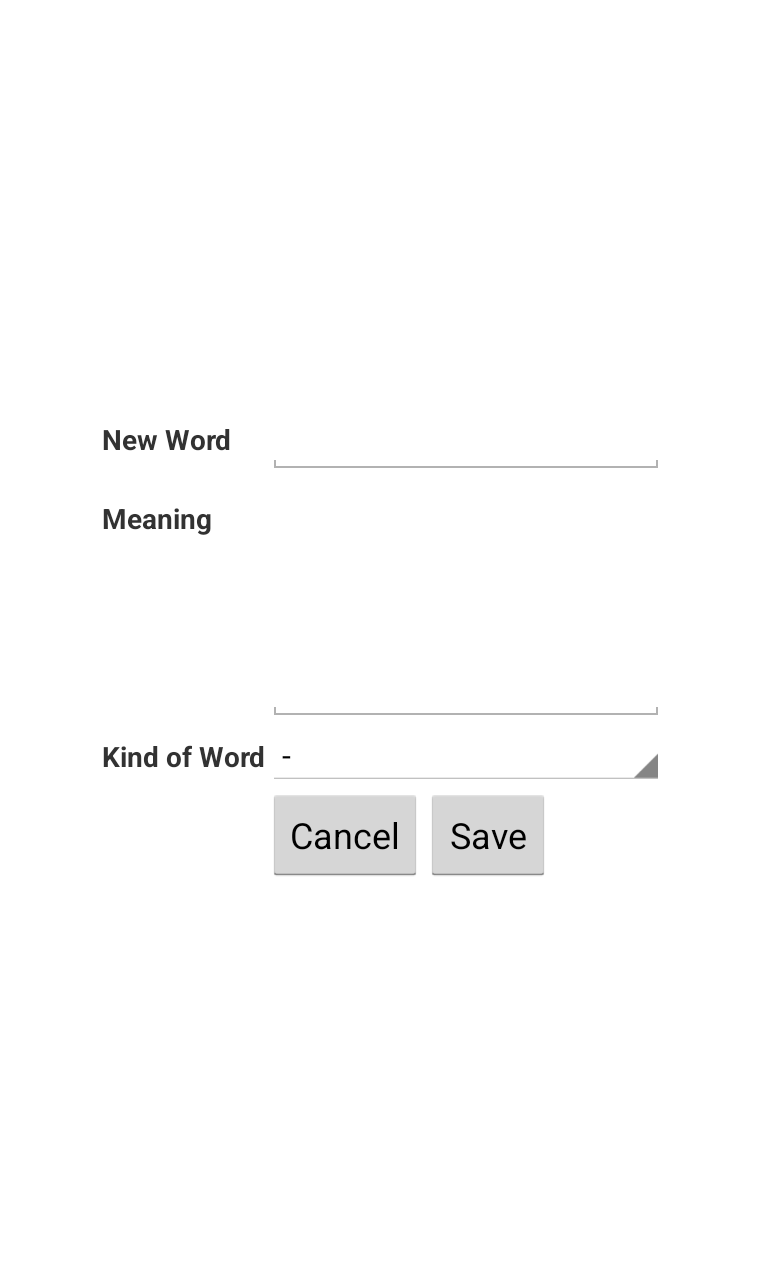
Repository: karno123/AndroidWordReminder
Layout: WordRemainder/res/layout/edit_word_layout.xml
The author's editor kept a copy of each file at every save. The layout is drawn from the files as they stood at one save, then again after the next save.
It is drawn on a 768 x 1280 px phone screen (xhdpi) without system bars, with theme AppTheme; the app's code is not run.

Above is the layout before, as saved 2014-07-09 17:04:10.

### WordRemainder/res/layout/edit_word_layout.xml
<?xml version="1.0" encoding="utf-8"?>
<TableLayout xmlns:android="http://schemas.android.com/apk/res/android"
    android:layout_width="fill_parent"
    android:layout_height="fill_parent"
    android:gravity="center">

	<TableRow

	    android:id="@+id/add_row1"
	    android:layout_width="fill_parent"
	    android:layout_height="wrap_content"
	    android:gravity="center_horizontal"
	    >

	    <TextView
	        android:id="@+id/text_new_word"
	        android:layout_width="wrap_content"
	        android:layout_height="wrap_content"
	        android:textStyle="bold"
	        android:text="@string/new_text_word"/>

	    <EditText
	        android:inputType="text"
	        android:id="@+id/input_text_new_word"
	        android:layout_width="200dp"
	        android:layout_height="wrap_content"
	        />
	</TableRow>

	<TableRow
	    android:id="@+id/add_row2"
	    android:layout_width="fill_parent"
	    android:layout_height="wrap_content"
	    android:gravity="center_horizontal"
	    >

	    <TextView
	        android:id="@+id/text_meaning_word"
	        android:layout_width="wrap_content"
	        android:layout_height="wrap_content"
	        android:textStyle="bold"
	        android:text="@string/meaning_word"
	        />

	   <EditText
	        android:inputType="textMultiLine"
	        android:id="@+id/input_text_meaning"
	        android:layout_width="200dp"
	        android:lines="5"
	        android:singleLine="false"
	        android:layout_height="wrap_content"
	        android:gravity="top"
	        />

	</TableRow>
	<TableRow
	    	android:id="@+id/add_row3"
	    	android:layout_width="wrap_content"
	    	android:layout_height="wrap_content"
	    	android:gravity="center_horizontal"
	    	>
	    <TextView
	        android:id="@+id/kind_of_word_text"
	        android:layout_width="wrap_content"
	        android:layout_height="wrap_content"
	        android:textStyle="bold"
	        android:text="@string/kind_of_word"
	        />
	    <Spinner
	        android:id="@+id/kind_of_word"
	        android:layout_width="200dp"
	        android:layout_height="wrap_content"
	        android:prompt="@string/kind_of_word_prompt"
	        android:entries="@array/word_arrays"

	        />
	</TableRow>
    <TableRow
        	android:id="@+id/add_row4"
        	android:layout_width="wrap_content"
        	android:layout_height="wrap_content"
        	android:gravity="center_horizontal"
        	>
	    	<TextView
		        android:id="@+id/empty"
		        android:layout_width="wrap_content"
		        android:layout_height="fill_parent"
		        android:textStyle="bold"
		        android:text=""
	        />
        	<TableLayout
		    android:layout_width="fill_parent"
		    android:layout_height="fill_parent"
		    android:gravity="left">
        	<TableRow
        	    android:id="@+id/add_row_child"
	        	android:layout_width="fill_parent"
	        	android:layout_height="wrap_content"
	        	android:gravity="left">
	        	<Button
	        	     android:id="@+id/cancel_edit_word"
	        	     android:text="@string/cancel_edit_word_button"
	        	     />
        	    <Button
        	     android:id="@+id/save_edit_word"
        	     android:text="@string/add_word_button"
        		 />

        	</TableRow>


        	</TableLayout>
    </TableRow>
</TableLayout>

### WordRemainder/res/values/strings.xml
<?xml version="1.0" encoding="utf-8"?>
<resources>

    <string name="app_name">Word Remainder</string>
    <string name="action_settings">Settings</string>
    <string name="hello_world">Hello world!</string>
    <string name="splash_text">This is a splash text</string>
	<string name="add_word">Add New Word</string>
	<string name="view_word">View Word</string>
	<string name="setting">Setting Apps</string>


	<string name="addnewword_title">Add New Word</string>
	<string name="viewword_title">View Word</string>

	<string name="new_text_word">New Word     </string>
	<string name="meaning_word"> Meaning       </string>
	<string name="kind_of_word"> Kind of Word   </string>

	<string name="kind_of_word_prompt">Choose kind of word</string>
	<string-array name="word_arrays">
	    <item>-</item>
	    <item>Noun</item>
	    <item>Verb</item>
	    <item>Adjective</item>
	    <item>Adverb</item>
	    <item>Interjection</item>
	    <item>Preposition</item>
	    <item>Conjunction</item>
	    <item>Pronoun</item>
	</string-array>

	<string name="add_word_button">  Save  </string>
	<string name="cancel_edit_word_button">Cancel</string>
	<string name="search_text">Search </string>

	<string name="main_word" >main_word </string>
	<string name="meaning">meaning karno <b>siahaan</b></string>

	<string name="updateWord">Update Word</string>


	<string name="setting_enable">Enable setting </string>
	<string name="word_per_day">Word per day  </string>
	<string name="reminder_time">Reminder time</string>
	<string name="word_per_day_def">50</string>

	<string name="setting_ok">OK</string>
	<string name="setting_Cancel">Cancel</string>

	<string name="setting_label">Setting</string>

	<string name="home">home</string>

</resources>

Loaded but not shown: WordRemainder/res/values/styles.xml (common file); WordRemainder/res/values-v11/styles.xml (common file); WordRemainder/res/values-v14/styles.xml (common file)

After the next save:
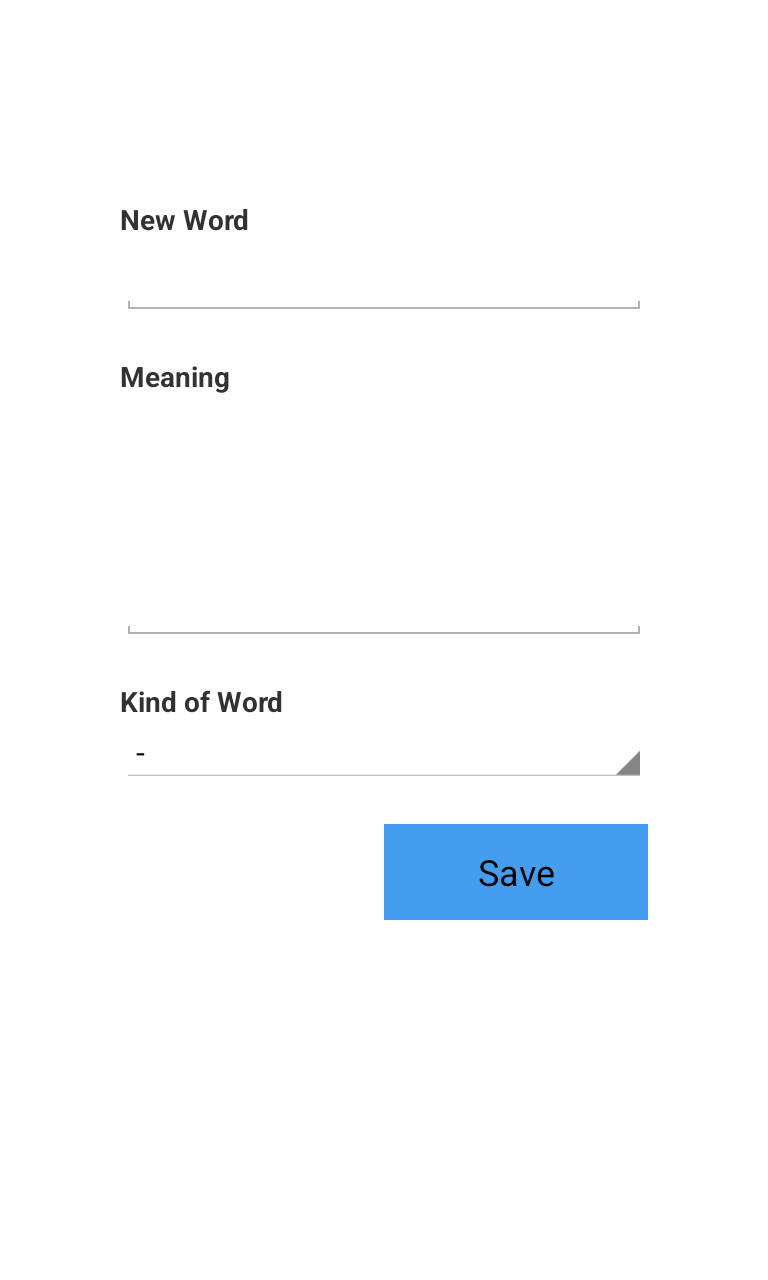
Saved 4 days later.
--- a/WordRemainder/res/layout/edit_word_layout.xml
+++ b/WordRemainder/res/layout/edit_word_layout.xml
@@ -1,114 +1,97 @@
 <?xml version="1.0" encoding="utf-8"?>
-<TableLayout xmlns:android="http://schemas.android.com/apk/res/android"
+<LinearLayout xmlns:android="http://schemas.android.com/apk/res/android"
     android:layout_width="fill_parent"
     android:layout_height="fill_parent"
-    android:gravity="center">
+    android:paddingLeft="60dp"
+    android:paddingRight="60dp"
+    android:paddingTop="80dp"
+    android:orientation="vertical" >
 
-	<TableRow
+    <LinearLayout
+	        android:layout_width="fill_parent"
+	        android:layout_height="wrap_content"
+	        android:orientation="vertical"
+	        android:paddingTop="20dp">
 
-	    android:id="@+id/add_row1"
-	    android:layout_width="fill_parent"
-	    android:layout_height="wrap_content"
-	    android:gravity="center_horizontal"
-	    >
-
-	    <TextView
+        <TextView
 	        android:id="@+id/text_new_word"
-	        android:layout_width="wrap_content"
+	        android:layout_width="fill_parent"
 	        android:layout_height="wrap_content"
 	        android:textStyle="bold"
 	        android:text="@string/new_text_word"/>
 
-	    <EditText
+         <EditText
 	        android:inputType="text"
 	        android:id="@+id/input_text_new_word"
-	        android:layout_width="200dp"
+	        android:layout_width="fill_parent"
 	        android:layout_height="wrap_content"
 	        />
-	</TableRow>
 
-	<TableRow
-	    android:id="@+id/add_row2"
-	    android:layout_width="fill_parent"
-	    android:layout_height="wrap_content"
-	    android:gravity="center_horizontal"
-	    >
+    </LinearLayout>
 
-	    <TextView
+    <LinearLayout
+            android:layout_width="fill_parent"
+	        android:layout_height="wrap_content"
+	        android:orientation="vertical"
+	        android:paddingTop="20dp">
+        <TextView
 	        android:id="@+id/text_meaning_word"
-	        android:layout_width="wrap_content"
+	        android:layout_width="fill_parent"
 	        android:layout_height="wrap_content"
 	        android:textStyle="bold"
 	        android:text="@string/meaning_word"
 	        />
 
-	   <EditText
-	        android:inputType="textMultiLine"
-	        android:id="@+id/input_text_meaning"
-	        android:layout_width="200dp"
-	        android:lines="5"
-	        android:singleLine="false"
+        <EditText
+            android:id="@+id/input_text_meaning"
+            android:layout_height="wrap_content"
+            android:layout_width="fill_parent"
+            android:gravity="top"
+            android:inputType="textMultiLine"
+            android:lines="5"
+            android:singleLine="false" />
+
+    </LinearLayout>
+
+    <LinearLayout
+            android:layout_width="fill_parent"
 	        android:layout_height="wrap_content"
-	        android:gravity="top"
-	        />
+	        android:orientation="vertical"
+	        android:paddingTop="20dp">
 
-	</TableRow>
-	<TableRow
-	    	android:id="@+id/add_row3"
-	    	android:layout_width="wrap_content"
-	    	android:layout_height="wrap_content"
-	    	android:gravity="center_horizontal"
-	    	>
-	    <TextView
+         <TextView
 	        android:id="@+id/kind_of_word_text"
-	        android:layout_width="wrap_content"
+	        android:layout_width="fill_parent"
 	        android:layout_height="wrap_content"
 	        android:textStyle="bold"
 	        android:text="@string/kind_of_word"
 	        />
 	    <Spinner
 	        android:id="@+id/kind_of_word"
-	        android:layout_width="200dp"
+	        android:layout_width="fill_parent"
 	        android:layout_height="wrap_content"
 	        android:prompt="@string/kind_of_word_prompt"
 	        android:entries="@array/word_arrays"
 
 	        />
-	</TableRow>
-    <TableRow
-        	android:id="@+id/add_row4"
-        	android:layout_width="wrap_content"
-        	android:layout_height="wrap_content"
-        	android:gravity="center_horizontal"
-        	>
-	    	<TextView
-		        android:id="@+id/empty"
-		        android:layout_width="wrap_content"
-		        android:layout_height="fill_parent"
-		        android:textStyle="bold"
-		        android:text=""
-	        />
-        	<TableLayout
-		    android:layout_width="fill_parent"
-		    android:layout_height="fill_parent"
-		    android:gravity="left">
-        	<TableRow
-        	    android:id="@+id/add_row_child"
-	        	android:layout_width="fill_parent"
-	        	android:layout_height="wrap_content"
-	        	android:gravity="left">
-	        	<Button
-	        	     android:id="@+id/cancel_edit_word"
-	        	     android:text="@string/cancel_edit_word_button"
-	        	     />
-        	    <Button
-        	     android:id="@+id/save_edit_word"
+    </LinearLayout>
+
+    <LinearLayout
+            android:layout_width="fill_parent"
+	        android:layout_height="wrap_content"
+	        android:orientation="horizontal"
+	        android:gravity="right"
+	        android:paddingTop="20dp"
+	        android:weightSum="2">
+
+        	<Button
+        	     android:id="@+id/add_new_word_button"
+        	     android:layout_height="wrap_content"
+        	     android:layout_width="0dip"
+        	     android:layout_weight="1"
         	     android:text="@string/add_word_button"
-        		 />
+        	     android:background="#449def"/>
 
-        	</TableRow>
+    </LinearLayout>
 
-
-        	</TableLayout>
-    </TableRow>
-</TableLayout>
+</LinearLayout>
